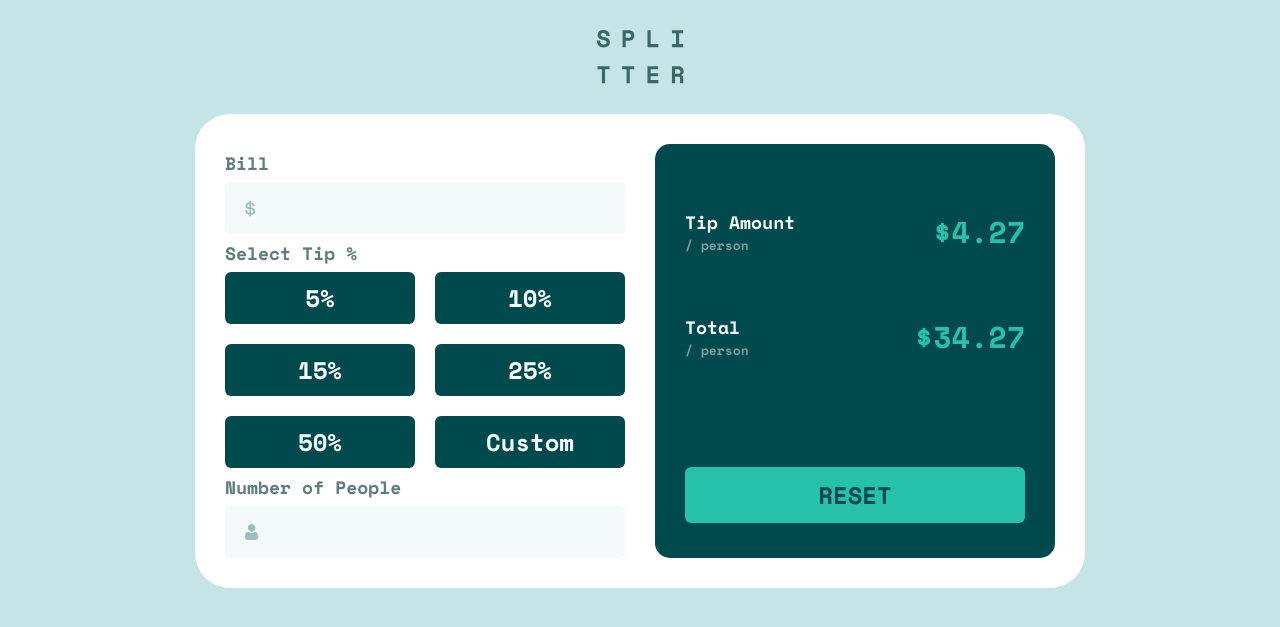
Repository: tomas938/tipcalculator
Page: /
An editor plug-in stored every save of this project. The page is shown before and after the next save, followed by the edit.
The browser window is 1280 px wide. The pictures show the whole page.
The project was rebuilt for these pictures with package versions that can differ from the ones it lists, and the page was loaded fresh each time.

Above is the page before, as saved 2021-08-04 13:10:33.

### public/index.html
<!DOCTYPE html>
<html lang="">
	<head>
		<meta charset="utf-8" />
		<meta http-equiv="X-UA-Compatible" content="IE=edge" />
		<meta name="viewport" content="width=device-width,initial-scale=1.0" />
		<link rel="icon" href="<%= BASE_URL %>favicon.ico" />
		<link
			href="https://fonts.googleapis.com/icon?family=Material+Icons"
			rel="stylesheet"
		/>
		<title><%= htmlWebpackPlugin.options.title %></title>
	</head>
	<body>
		<noscript>
			<strong
				>We're sorry but <%= htmlWebpackPlugin.options.title %> doesn't work
				properly without JavaScript enabled. Please enable it to
				continue.</strong
			>
		</noscript>
		<div id="app"></div>
		<!-- built files will be auto injected -->
	</body>
</html>

### src/App.vue
<template>
	<router-view />
</template>

<style lang="scss">
@import url("https://fonts.googleapis.com/css2?family=Space+Mono:wght@400;700&display=swap");
$strong-cyan: hsl(172, 67%, 45%);
$dark-cyan: hsl(186, 14%, 43%);
$grayish-cyan: hsl(184, 14%, 43%);
$lower-grayish-cyan: hsl(184, 14%, 56%);
$light-grayish-cyan: hsl(185, 41%, 84%);
$lighter-grayish-cyan: hsl(189, 41%, 97%);
$white: hsl(0, 0%, 100%);
* {
	margin: 0;
	padding: 0;
	box-sizing: border-box;
	font-family: "Space Mono", monospace;
	font-size: 2.4rem;
}
body {
	background-color: hsl(185, 41%, 84%);
}
html {
	font-size: 62.5%;
	@media only screen and (min-width: 1800px) {
		font-size: 82.5%;
	}
	@media only screen and (max-width: 1000px) {
		font-size: 52.5%;
	}
	@media only screen and (max-width: 350px) {
		font-size: 32.5%;
	}
}
</style>

### src/views/Home.vue
<template>
	<div class="logo">
		<splitter></splitter>
	</div>
</template>

<script>
import Splitter from "../components/Splitter.vue";
export default {
	name: "Home",
	components: {
		Splitter,
	},
};
</script>
<style lang="scss" scoped></style>

### src/components/Splitter.vue
<template>
	<div class="splitter">
		<svg xmlns="http://www.w3.org/2000/svg" width="87" height="54">
			<path
				fill="#3D6666"
				d="M6.72 17.472c.944 0 1.792-.12 2.544-.36s1.392-.584 1.92-1.032a4.476 4.476 0 001.212-1.62c.28-.632.42-1.34.42-2.124v-.288c0-1.472-.464-2.584-1.392-3.336-.928-.752-2.272-1.288-4.032-1.608a14.615 14.615 0 01-1.74-.408c-.456-.144-.824-.308-1.104-.492-.28-.184-.476-.392-.588-.624a1.771 1.771 0 01-.168-.78c0-.56.232-1.004.696-1.332.464-.328 1.096-.492 1.896-.492.944 0 1.676.248 2.196.744.52.496.78 1.08.78 1.752v.576h3.168v-.864a5 5 0 00-.396-1.968 4.762 4.762 0 00-1.176-1.656C10.436 1.08 9.792.7 9.024.42 8.256.14 7.376 0 6.384 0c-.88 0-1.676.12-2.388.36s-1.32.576-1.824 1.008c-.504.432-.896.94-1.176 1.524-.28.584-.42 1.22-.42 1.908v.144c0 .832.144 1.536.432 2.112a3.978 3.978 0 001.212 1.44c.52.384 1.132.692 1.836.924.704.232 1.48.42 2.328.564.64.112 1.168.248 1.584.408.416.16.744.34.984.54s.408.424.504.672c.096.248.144.508.144.78 0 .576-.232 1.072-.696 1.488-.464.416-1.176.624-2.136.624-1.232 0-2.14-.3-2.724-.9-.584-.6-.876-1.404-.876-2.412v-.576H0v.72c0 .88.144 1.692.432 2.436a5.47 5.47 0 001.272 1.944c.56.552 1.26.984 2.1 1.296.84.312 1.812.468 2.916.468zm22-.336V10.8h3.408c.864 0 1.616-.144 2.256-.432a4.707 4.707 0 001.596-1.14 4.833 4.833 0 00.96-1.608c.216-.6.324-1.212.324-1.836v-.576c0-.608-.108-1.204-.324-1.788a4.625 4.625 0 00-.96-1.56A4.737 4.737 0 0034.384.756c-.64-.28-1.392-.42-2.256-.42h-6.576v16.8h3.168zm3.096-9.36H28.72V3.36h3.096c.704 0 1.26.192 1.668.576.408.384.612.88.612 1.488v.288c0 .608-.204 1.104-.612 1.488-.408.384-.964.576-1.668.576zm29.464 9.36v-3.024h-7.632V.336H50.48v16.8h10.8zm24.88 0v-3.024h-4.032V3.36h4.032V.336H74.928V3.36h4.032v10.752h-4.032v3.024H86.16zm-78.096 36V39.36h4.464v-3.024H.432v3.024h4.464v13.776h3.168zm24.688 0V39.36h4.464v-3.024H25.12v3.024h4.464v13.776h3.168zm28.624 0v-3.024h-7.728v-3.888H60.8V43.2h-7.152v-3.84h7.44v-3.024H50.48v16.8h10.896zm16.744 0V46.8h3.648c.464 0 .796.12.996.36.2.24.3.552.3.936v5.04h3.168v-5.808c0-.56-.164-1.024-.492-1.392-.328-.368-.772-.584-1.332-.648v-.432c.768-.32 1.336-.78 1.704-1.38a3.63 3.63 0 00.552-1.932v-.576c0-.64-.116-1.24-.348-1.8a4.332 4.332 0 00-1.008-1.476c-.44-.424-.988-.756-1.644-.996-.656-.24-1.416-.36-2.28-.36h-6.432v16.8h3.168zm3.024-9.36H78.12V39.36h3.024c.768 0 1.352.204 1.752.612.4.408.6.892.6 1.452v.288c0 .656-.2 1.164-.6 1.524-.4.36-.984.54-1.752.54z"
			/>
		</svg>
		<div class="calculator">
			<div class="up">
				<h3>Bill</h3>
				<div class="input-wrapper">
					<input type="text" v-model="bill" />
					<svg xmlns="http://www.w3.org/2000/svg" width="11" height="17">
						<path
							fill="#9EBBBD"
							d="M6.016 16.328v-1.464c1.232-.08 2.22-.444 2.964-1.092.744-.648 1.116-1.508 1.116-2.58v-.144c0-.992-.348-1.772-1.044-2.34-.696-.568-1.708-.932-3.036-1.092V4.184c.56.144 1.012.4 1.356.768.344.368.516.816.516 1.344v.288h1.824v-.432c0-.448-.088-.876-.264-1.284a3.783 3.783 0 00-.744-1.116A4.251 4.251 0 007.54 2.9a5.324 5.324 0 00-1.524-.492V.872H4.288V2.36a5.532 5.532 0 00-1.416.324c-.448.168-.84.392-1.176.672-.336.28-.604.616-.804 1.008-.2.392-.3.844-.3 1.356v.144c0 .96.316 1.708.948 2.244.632.536 1.548.884 2.748 1.044v3.912c-.704-.16-1.248-.472-1.632-.936-.384-.464-.576-1.08-.576-1.848v-.288H.256v.576c0 .464.08.924.24 1.38.16.456.404.88.732 1.272.328.392.744.728 1.248 1.008s1.108.476 1.812.588v1.512h1.728zM4.288 7.424c-.688-.128-1.164-.332-1.428-.612-.264-.28-.396-.644-.396-1.092 0-.464.176-.832.528-1.104.352-.272.784-.448 1.296-.528v3.336zm1.728 5.712V9.344c.768.128 1.328.328 1.68.6.352.272.528.688.528 1.248 0 .544-.196.984-.588 1.32-.392.336-.932.544-1.62.624z"
						/>
					</svg>
				</div>
				<h3>Select Tip %</h3>
				<div class="calculator__grid">
					<div class="calculator__grid__item item-1"><p>5%</p></div>
					<div class="calculator__grid__item item-2"><p>10%</p></div>
					<div class="calculator__grid__item item-3"><p>15%</p></div>
					<div class="calculator__grid__item item-4"><p>25%</p></div>
					<div class="calculator__grid__item item-5"><p>50%</p></div>
					<div class="calculator__grid__item item-6"><p>Custom</p></div>
				</div>
				<h3>Number of People</h3>
				<div class="input-wrapper">
					<input type="text" v-model="numberOfPeople" />
					<svg xmlns="http://www.w3.org/2000/svg" width="13" height="16">
						<path
							fill="#9EBBBD"
							d="M9.573 7.729c.406 0 .784.07 1.126.209.342.14.639.33.881.569.232.227.438.503.614.82a5.1 5.1 0 01.407.949c.097.312.178.654.242 1.016.062.359.105.699.126 1.011.02.307.031.624.031.945 0 .836-.259 1.512-.768 2.01-.504.492-1.17.742-1.98.742H2.748c-.81 0-1.477-.25-1.98-.742C.259 14.76 0 14.084 0 13.248c0-.322.01-.64.032-.945.02-.312.063-.652.126-1.01.063-.363.144-.705.242-1.017.1-.323.238-.643.407-.948.176-.318.382-.594.613-.821.243-.238.54-.43.882-.57.342-.138.72-.208 1.125-.208.16 0 .313.067.61.265.183.123.397.264.636.421.204.134.48.259.822.372.333.11.671.167 1.005.167a3.19 3.19 0 001.006-.167c.341-.113.618-.238.822-.372l.636-.42c.296-.2.45-.266.61-.266zM6.598 0C7.63 0 8.522.38 9.252 1.129s1.1 1.666 1.1 2.724c0 1.06-.37 1.976-1.1 2.725-.73.75-1.623 1.13-2.654 1.13-1.03 0-1.924-.38-2.653-1.13-.73-.749-1.1-1.666-1.1-2.725 0-1.058.37-1.975 1.1-2.724C4.675.379 5.567 0 6.598 0z"
						/>
					</svg>
				</div>
			</div>
			<div class="down">
				<div class="calculator__result">
					<div class="result">
						<div class="information">
							<p>Tip Amount</p>
							<span>/ person</span>
						</div>
						<div class="price">
							<p>$4.27</p>
						</div>
					</div>
					<div class="result">
						<div class="information">
							<p>Total</p>
							<span>/ person</span>
						</div>
						<div class="price">
							<p>$34.27</p>
						</div>
					</div>
					<div class="result"></div>
					<button>Reset</button>
				</div>
			</div>
		</div>
	</div>
</template>

<script>
export default {
	data() {
		return {
			numberOfPeople: null,
			bill: null,
		};
	},
	methods: {
		totalValue() {},
	},
};
</script>

<style lang="scss" scoped>
.splitter {
	display: flex;
	flex-direction: column;
	align-items: center;
}
.calculator {
	background-color: hsl(0, 0%, 100%);
	padding: 3rem;
	border-radius: 3.5rem;
	@media only screen and (min-width: 760px) {
		display: flex;
		grid-gap: 3rem;
	}
	&__grid {
		display: grid;
		grid-gap: 2rem;
		grid-template-columns: repeat(2, 1fr);
		grid-template-rows: repeat(3, 1fr);
		color: hsl(189, 41%, 97%);
		font-weight: 700;
		text-align: center;
		cursor: pointer;
	}
	&__grid__item {
		width: 100%;
		margin: auto;
		padding: 8px 0;
		border-radius: 6px;
		background-color: hsl(183, 100%, 15%);
		&:hover {
			transition: all 0.3s ease-in-out;
			background-color: hsl(172, 67%, 45%);
			color: hsl(183, 100%, 15%);
		}
	}
	.down {
		background-color: hsl(183, 100%, 15%);
		border-radius: 1.5rem;
	}
	&__result {
		display: flex;
		flex-direction: column;
		justify-content: space-between;
		height: 100%;
		margin-top: 2.5rem;
		padding: 3rem;
		font-weight: 700;
		.result {
			display: flex;
			justify-content: space-between;
			padding: 10px 0;
			p {
				font-size: 1.8rem;
				color: hsl(189, 41%, 97%);
			}
			span {
				font-size: 1.3rem;
				color: hsl(184, 14%, 56%);
			}
		}
		.information {
			display: flex;
			flex-direction: column;
		}
		.price {
			p {
				color: hsl(172, 67%, 45%);
				font-size: 3rem;
			}
		}
		button {
			border-radius: 6px;
			padding: 1rem 0;
			font-weight: 700;
			color: hsl(183, 100%, 15%);
			text-transform: uppercase;
			background-color: hsl(172, 67%, 45%);
			cursor: pointer;
			outline: none;
			border: none;
			@media only screen and (min-width: 760px) {
				margin-bottom: 3rem;
			}
		}
		button:hover,
		button:active {
			transition: 0.3s ease-in-out;
			background-color: hsl(185, 41%, 84%);
		}
	}
}
svg {
	margin: 3rem 0;
}
input {
	border-radius: 5px;
	border: 2px solid transparent;
	outline: none;
	background-color: hsl(189, 41%, 97%);
	color: hsl(183, 100%, 15%);
	font-weight: 700;
	text-align: right;
	padding: 0.6rem 0;
	padding-right: 1.5rem;
	width: 100%;
	&:focus,
	&:active {
		border: 2px solid hsl(172, 67%, 45%);
	}
	&::placeholder {
		color: hsl(184, 14%, 56%);
	}
}
h3 {
	margin: 6px 0;
	font-size: 1.8rem;
	color: hsl(184, 14%, 43%);
	font-weight: 700;
}
.input-wrapper {
	position: relative;
	display: flex;
	align-items: center;

	svg {
		width: 2rem;
		@media only screen and (max-width: 350px) {
			width: 3rem;
		}
		margin: 0;
		position: absolute;
		left: 5%;
	}
}
.down {
	@media only screen and (min-width: 760px) {
		width: 40rem;
	}
}
.up {
	@media only screen and (min-width: 760px) {
		width: 40rem;
	}
}
</style>

Loaded but not shown: src/main.js (common file); src/router/index.js (common file)

After the next save:
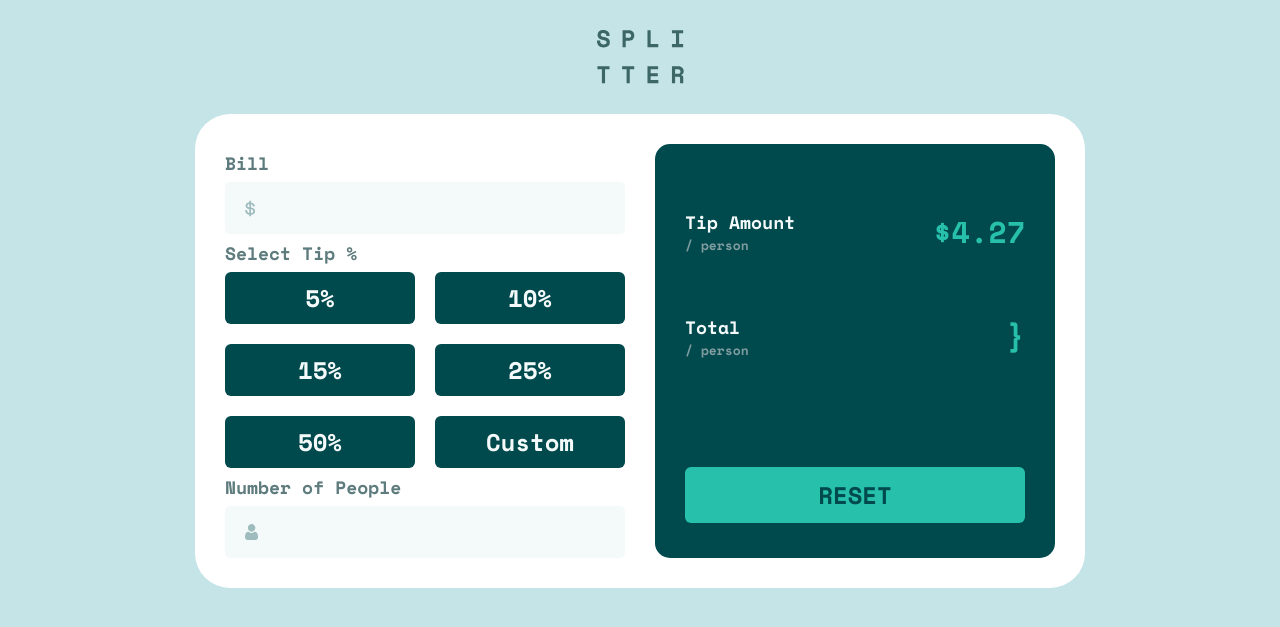
Saved 61 s later.
--- a/src/components/Splitter.vue
+++ b/src/components/Splitter.vue
@@ -55,7 +55,7 @@
 							<span>/ person</span>
 						</div>
 						<div class="price">
-							<p>$34.27</p>
+							<p>{{ bill }}}</p>
 						</div>
 					</div>
 					<div class="result"></div>
